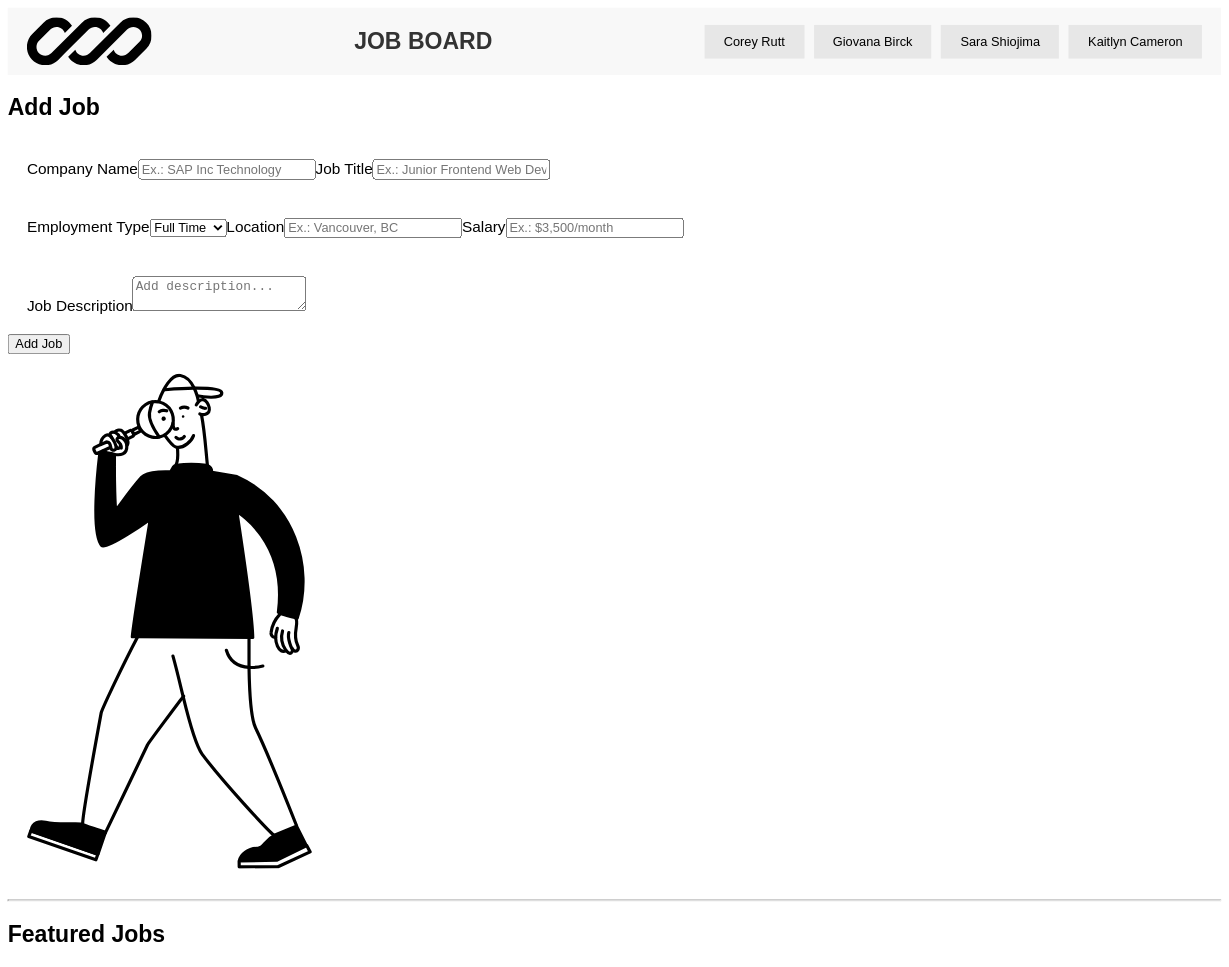
Repository: kcameron37/Final-Project-FrontEnd
Page: /
An editor plug-in stored every save of this project. The page is shown before and after the next save, followed by the edit.
The browser window is 1280 px wide. The pictures show the whole page, at 96% of full size.
The project was rebuilt for these pictures with package versions that can differ from the ones it lists, and the page was loaded fresh each time.

Above is the page before, as saved 2023-11-14 20:06:29.

After the next save:
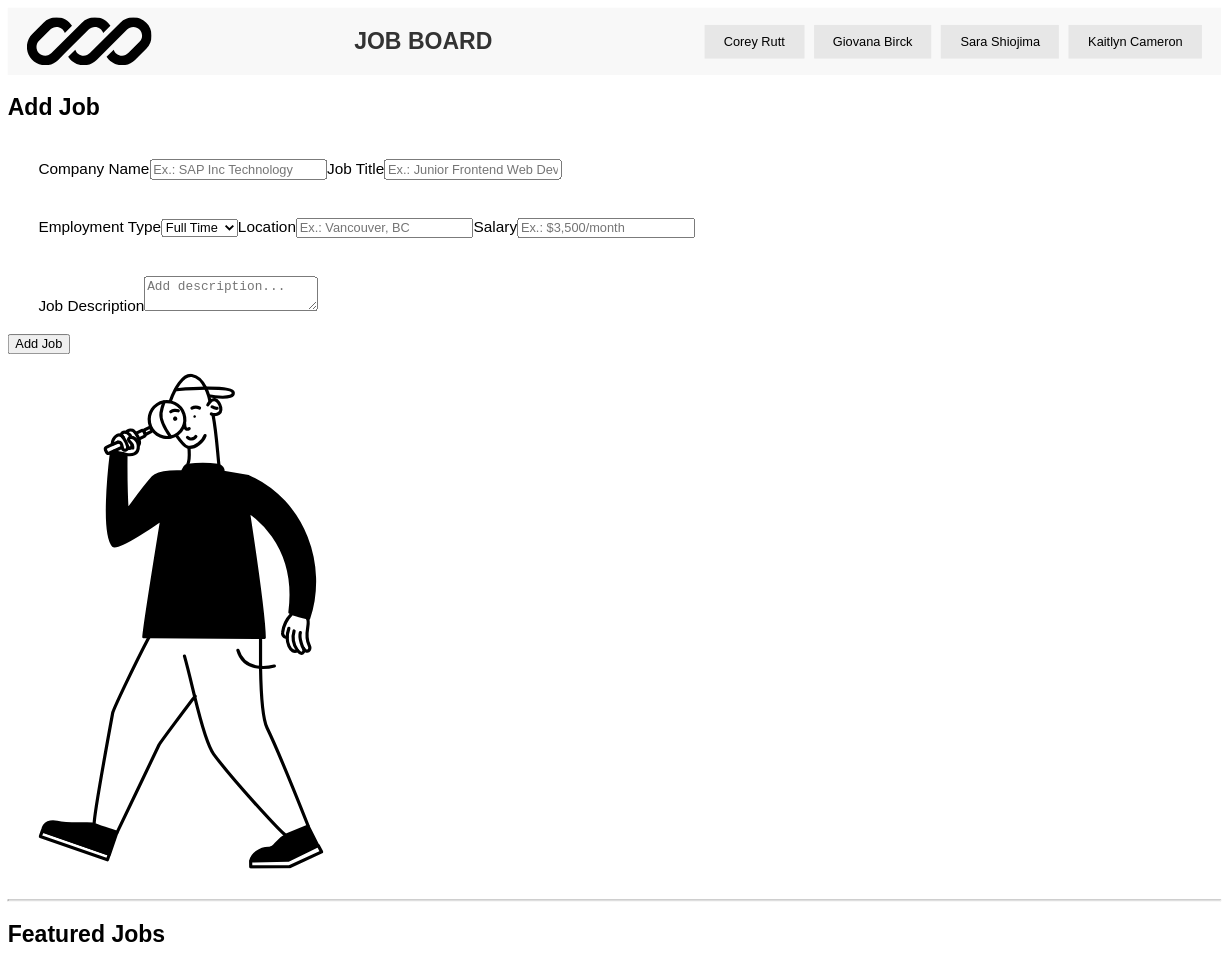
Saved 4 s later.
--- a/src/components/addJob.module.css
+++ b/src/components/addJob.module.css
@@ -1,5 +1,5 @@
 .formContainer > div {
-    max-width: 1200vw;
+    max-width: 1200px;
     margin: 0 auto;
     padding: 20px;
     font-family: 'Rubik', sans-serif;

After the save that followed:
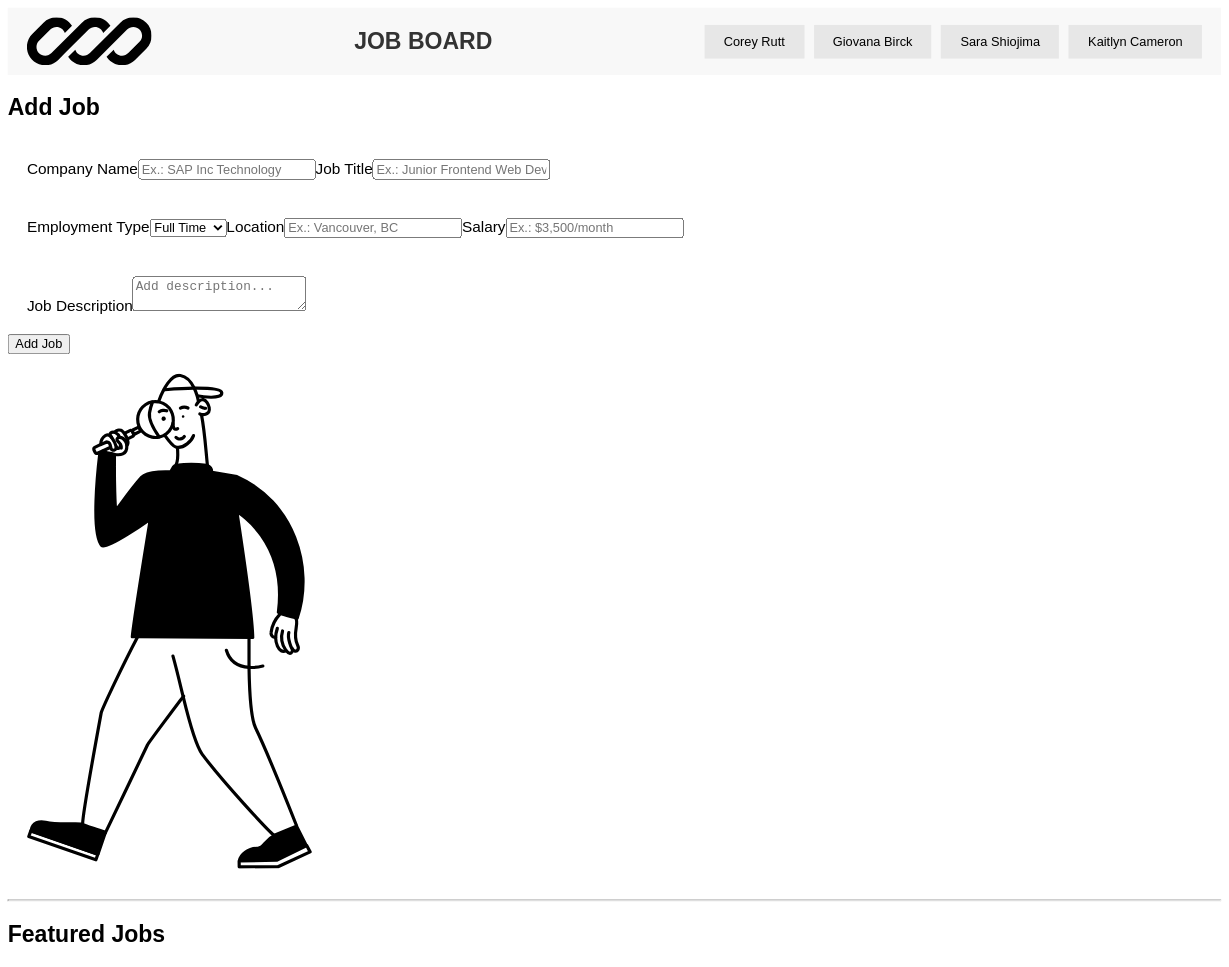
Saved 9 s later.
--- a/src/components/addJob.module.css
+++ b/src/components/addJob.module.css
@@ -1,5 +1,5 @@
 .formContainer > div {
-    max-width: 1200px;
+    max-width: 1200vw;
     margin: 0 auto;
     padding: 20px;
     font-family: 'Rubik', sans-serif;
